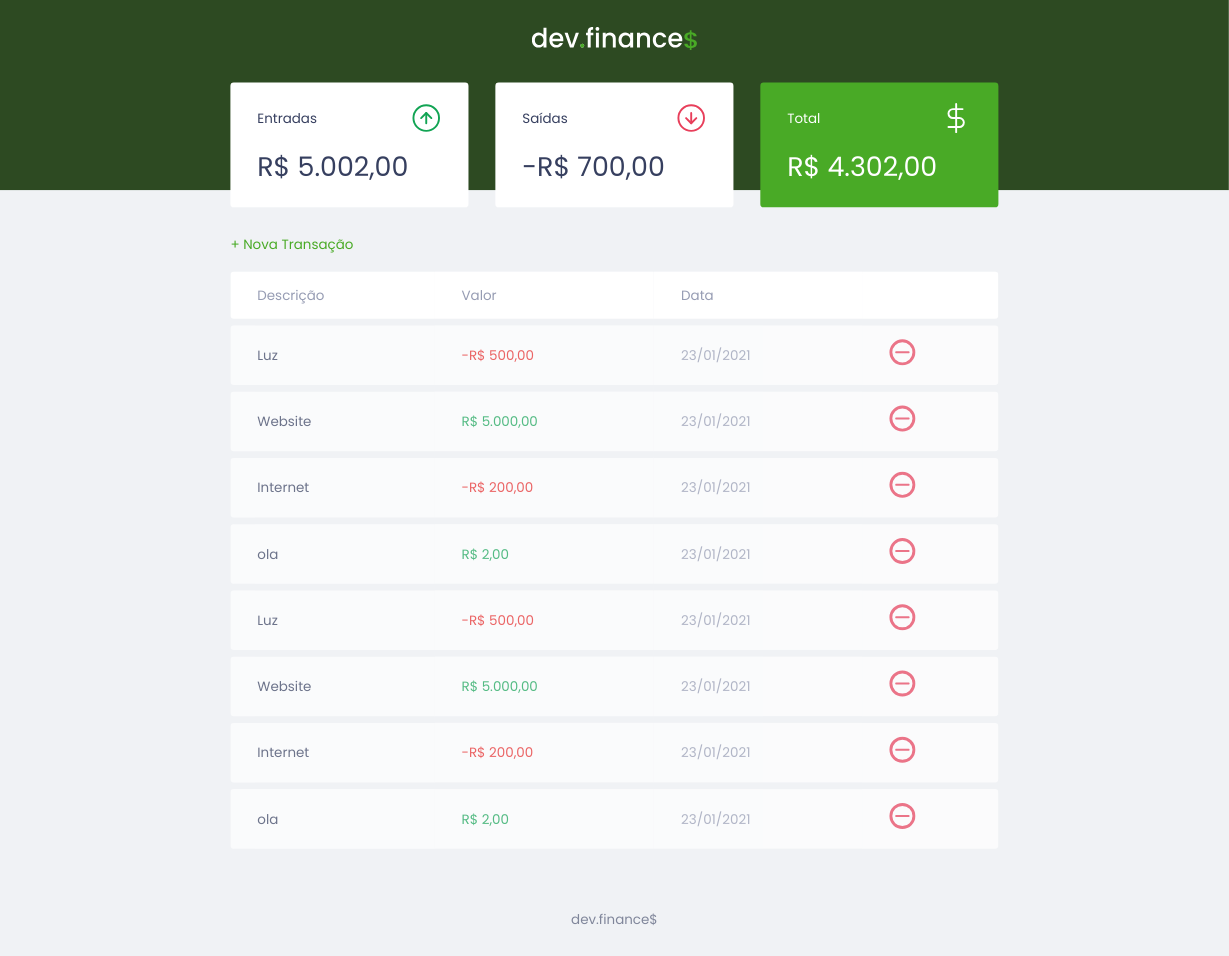
Repository: rafaelmgr12/maratona-dev01
Page: index.html
The author's editor kept a copy of each file at every save. The page is drawn from the files as they stood at one save, then again after the next save.
The browser window is 1280 px wide. The pictures show the whole page, at 96% of full size.

Above is the page before, as saved 2021-05-01 13:39:11.

### index.html
<!DOCTYPE html>
<html lang="pt-br">
  <head>
    <meta charset="UTF-8" />
    <meta name="viewport" content="width=device-width, initial-scale=1.0" />
    <title>Rafael.appdev.finance$</title>

    <link rel="stylesheet" href="./style.css" />
    <link rel="preconnect" href="https://fonts.gstatic.com" />
    <link
      href="https://fonts.googleapis.com/css2?family=Poppins:ital,wght@0,100;0,400;0,700;1,100;1,400;1,700&display=swap"
      rel="stylesheet"
    />
  </head>
  <body>
    <header>
      <img src="./assets/logo.svg" alt="Logo Dev Finance" />
    </header>

    <main class="container">
      <section id="balance">
        <h2 class="sr-only">Balanço</h2>

        <div class="card">
          <h3>
            <span> Entradas </span>
            <img src="./assets/income.svg" alt="Image de entradas" />
          </h3>
          <p id = "incomeDisplay">R$ 5.000,00</p>
        </div>

        <div class="card">
          <h3>
            <span> Saídas </span>
            <img src="./assets/expense.svg" alt="Image de saídas" />
          </h3>
          <p id = "expenseDisplay">R$ 2.000,00</p>
        </div>

        <div class="card total">
          <h3>
            <span> Total </span>
            <img src="./assets/total.svg" alt="Image de total" />
          </h3>
          <p id="totalDisplay">R$ 3.000,00</p>
        </div>
      </section>

      <section id="transaction">
        <h2 class="sr-only">Transações</h2>

        <a href="#" onclick="Modal.open()" class="button new"
          >+ Nova Transação</a
        >

        <table id="data-table">
          <thead>
            <tr>
              <th>Descrição</th>
              <th>Valor</th>
              <th>Data</th>
              <th></th>
            </tr>
          </thead>
          <tbody>

          </tbody>
        </table>
      </section>
    </main>

    <div class="modal-overlay">
      <div class="modal">
        <div id="form">
          <h2>Nova Transação</h2>
          <form action="">
            <div class="input-group">
              <label class="sr-only" for="description">Descrição</label>
              <input
                type="text"
                id="description"
                name="description"
                placeholder="Descrição"
              />
            </div>

            <div class="input-group">
              <label class="sr-only" for="amount">Valor</label>
              <input
                type="number"
                step="0.01"
                id="amount"
                name="amount"
                placeholder="0,00"
              />
              <small class="help"
                >Use o sinal - (negativo) para despesas e , (vírgula) para casas
                decimais</small
              >
            </div>

            <div class="input-group">
              <label class="sr-only" for="date">Data</label>
              <input type="date" id="date" name="date" />
            </div>

            <div class="input-group actions">
              <a onclick="Modal.close()" href="#" class="button cancel"
                >Cancelar</a
              >
              <button>Salvar</button>
            </div>
          </form>
        </div>
      </div>
    </div>

    <footer><p>dev.finance$</p></footer>

    <script src = "./scripts.js"></script>
  </body>
</html>

### style.css
/* Global ===================== */
:root {
  --dark-blue: #363f5f;
  --green: #49aa26;
  --light-green: #3dd705;
  --red: #e92929;
}

* {
  margin: 0;
  padding: 0;
  box-sizing: border-box;
}

html {
  font-size: 93.75%; /* 15px */
}

body {
  background: #f0f2f5;
  font-family: "Poppins", sans-serif;
}

.sr-only {
  position: absolute;
  width: 1px;
  height: 1px;
  padding: 0;
  margin: -1px;
  overflow: hidden;
  clip: rect(0, 0, 0, 0);
  white-space: nowrap;
  border-width: 0;
}

.container {
  width: min(90vw, 800px);
  margin: auto;
}

/* Titles ===================== */
h2 {
  margin-top: 3.2rem;
  margin-bottom: 0.8rem;
  color: var(--dark-blue);

  font-weight: normal;
}

/* Links & Buttons ===================== */
a {
  color: var(--green);
  text-decoration: none;
}

a:hover {
  color: var(--light-green);
}

button {
  width: 100%;
  height: 50px;

  border: none;

  color: white;
  background: var(--green);

  padding: 0;

  border-radius: 0.25rem;

  cursor: pointer;
}

button:hover {
  background: var(--light-green);
}

.button.new {
  display: inline-block;
  margin-bottom: 0.8rem;
}

.button.cancel {
  color: var(--red);
  border: 2px var(--red) solid;
  border-radius: 0.25rem;

  height: 50px;

  display: flex;
  align-items: center;
  justify-content: center;

  opacity: 0.6;
}

.button.cancel:hover {
  opacity: 1;
}

/* Header ===================== */
header {
  background: #2d4a22;
  padding: 2rem 0 10rem;
  text-align: center;
}

#logo {
  color: #fff;
  font-weight: 100;
}

/* Balance ===================== */
#balance {
  margin-top: -8rem;
}

#balance h2 {
  color: white;
  margin-top: 0;
}

/* Cards ===================== */
.card {
  background: white;
  padding: 1.5rem 2rem;
  border-radius: 0.25rem;

  margin-bottom: 2rem;

  color: var(--dark-blue);
}

.card h3 {
  font-weight: normal;
  font-size: 1rem;

  display: flex;
  align-items: center;
  justify-content: space-between;
}

.card p {
  font-size: 2rem;
  line-height: 3rem;

  margin-top: 1rem;
}

.card.total {
  background: var(--green);
  color: white;
}

/* Table ===================== */
#transaction {
  display: block;
  width: 100%;
  overflow-x: auto;
}
#data-table {
  width: 100%;
  border-spacing: 0 0.5rem;
  color: #969cb3;
}

table thead tr th:first-child,
table tbody tr td:first-child {
  border-radius: 0.25rem 0 0 0.25rem;
}

table thead tr th:last-child,
table tbody tr td:last-child {
  border-radius: 0 0.25rem 0.25rem 0;
}

table thead th {
  background: white;

  font-weight: normal;
  padding: 1rem 2rem;

  text-align: left;
}

table tbody tr {
  opacity: 0.7;
}

table tbody tr:hover {
  opacity: 1;
}

table tbody td {
  background: white;
  padding: 1rem 2rem;
}

td.description {
  color: var(--dark-blue);
}

td.income {
  color: #12a454;
}

td.expense {
  color: #e92929;
}

/* Modal ===================== */
.modal-overlay {
  width: 100%;
  height: 100%;

  background-color: rgba(0, 0, 0, 0.7);

  position: fixed;
  top: 0;

  display: flex;
  align-items: center;
  justify-content: center;

  opacity: 0;
  visibility: hidden;

  z-index: 999;
}

.modal-overlay.active {
  opacity: 1;
  visibility: visible;
}

.modal {
  background: #f0f2f5;
  padding: 2.4rem;

  position: relative;
  z-index: 1;
}

/* Form ===================== */
#form {
  max-width: 500px;
}

#form h2 {
  margin-top: 0;
}

input {
  border: none;
  border-radius: 0.2rem;

  padding: 0.8rem;

  width: 100%;
}

.input-group {
  margin-top: 0.8rem;
}

.input-group small {
  opacity: 0.4;
}

.input-group.actions {
  display: flex;
  justify-content: space-between;
  align-items: center;
}

.input-group.actions .button,
.input-group.actions button {
  width: 48%;
}

/* Footer ===================== */
footer {
  text-align: center;
  padding: 4rem 0 2rem;
  color: var(--dark-blue);

  opacity: 0.6;
}

/* Responsive ===================== */
@media (min-width: 800px) {
  html {
    font-size: 87.5%;
  }

  #balance {
    display: grid;
    grid-template-columns: repeat(3, 1fr);
    gap: 2rem;
  }
}

### scripts.js
const Modal = {
  open() {
    // Abrir modal
    // Adicionar a class active ao modal
    document.querySelector(".modal-overlay").classList.add("active");
  },
  close() {
    // fechar o modal
    // remover a class active do modal
    document.querySelector(".modal-overlay").classList.remove("active");
  },
};

const transactions = [
  {
    id: 1,
    description: "Luz",
    amount: -50000,
    date: "23/01/2021",
  },
  { id: 2, description: "Website", amount: 500000, date: "23/01/2021" },
  { id: 3, description: "Internet", amount: -20000, date: "23/01/2021" },
];

const Transaction = {
  all: transactions,
  add(transaction) {
    Transaction.all.push(transaction)

    App.reload()
  },
  income() {
    let income = 0;
    Transaction.all.forEach((transaction) => {
      if (transaction.amount > 0) {
        income += transaction.amount;
      }
    });
    return income;
    // somar as entradas
  },
  expense() {
    let expense = 0;
    Transaction.all.forEach((transaction) => {
      if (transaction.amount < 0) {
        expense += transaction.amount;
      }

      // somar saídas/gastos
    });
    return expense;
  },
  total() {
    return Transaction.income() + Transaction.expense();
    // entradas - saídas
  },
};

const DOM = {
  transactionContainer: document.querySelector("#data-table tbody"),

  addTransaction(transaction, index) {
    const tr = document.createElement("tr");
    tr.innerHTML = DOM.innerHTMLTransaction(transaction);

    DOM.transactionContainer.appendChild(tr);
  },

  innerHTMLTransaction(transaction) {
    const CSSclass = transaction.amount > 0 ? "income" : "expense";

    const amount = Utils.formatCurrency(transaction.amount);

    const html = `
      <td class="description">${transaction.description}</td>
      <td class="${CSSclass}">${amount}</td>
      <td class="date">${transaction.date}</td>
      <td>
          <img src="./assets/minus.svg" alt="Remover transação" />
      </td>
    `;
    return html;
  },

  updateBalance() {
    document.getElementById("incomeDisplay").innerHTML = Utils.formatCurrency(
      Transaction.income()
    );
    document.getElementById("expenseDisplay").innerHTML = Utils.formatCurrency(
      Transaction.expense()
    );
    document.getElementById("totalDisplay").innerHTML = Utils.formatCurrency(
      Transaction.total()
    );
  },
  clearTransactions() {
    DOM.transactionContainer.innerHTML = ""
  }
};

//DOM.addTransaction(transactions)

const Utils = {
  formatCurrency(value) {
    const signal = Number(value) < 0 ? "-" : "";

    value = String(value).replace(/\D/g, "");

    value = Number(value) / 100;

    value = value.toLocaleString("pt-BR", {
      style: "currency",
      currency: "BRL",
    });
    return signal + value;
  },
};

const App = {
  init() {
    Transaction.all.forEach((transaction) => {
      DOM.addTransaction(transaction);
    });

    DOM.updateBalance();

    //Storage.set(Transaction.all)
  },
  reload() {
    DOM.clearTransactions()
    App.init();
  },
};

Transaction.add({
  id : 39,
  description : "ola",
  amount: 200,
  date: "23/01/2021"
})

App.init();

After the next save:
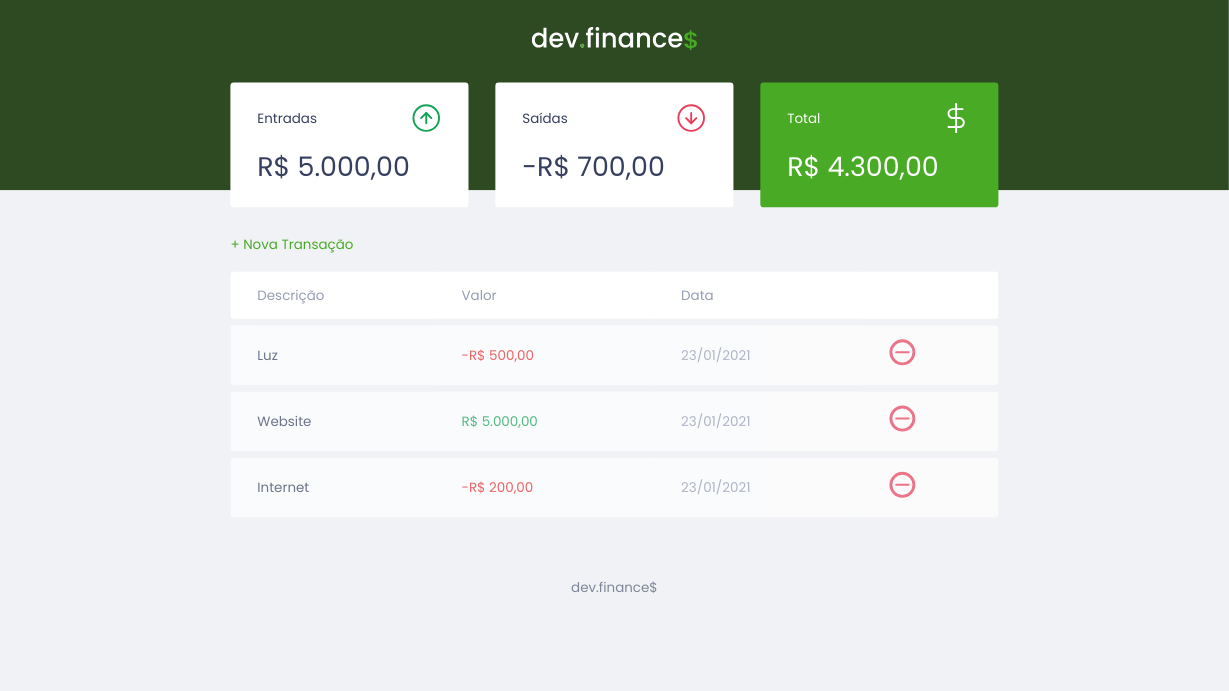
Saved 13 min 51 s later.
--- a/scripts.js
+++ b/scripts.js
@@ -28,6 +28,10 @@ const Transaction = {
     Transaction.all.push(transaction)
 
     App.reload()
+  },
+  remove(index){
+    Transaction.all.splice(index, 1)
+
   },
   income() {
     let income = 0;
@@ -132,11 +136,5 @@ const App = {
   },
 };
 
-Transaction.add({
-  id : 39,
-  description : "ola",
-  amount: 200,
-  date: "23/01/2021"
-})
 
 App.init();
